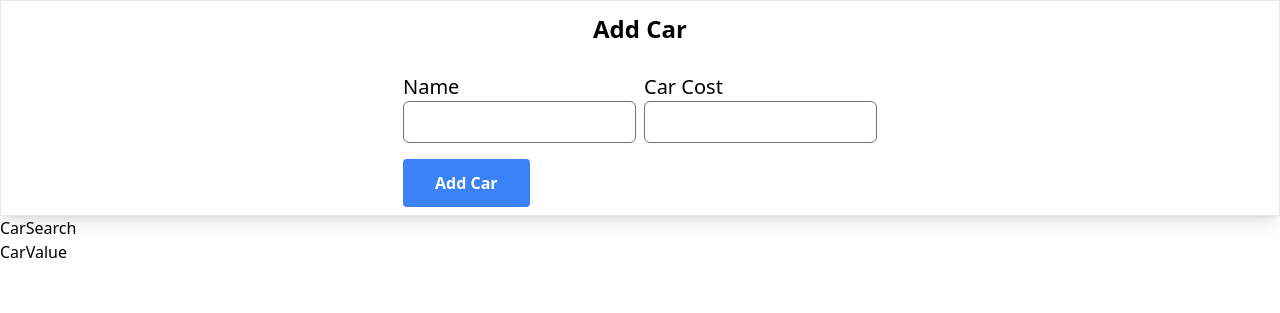
Repository: Marhamat92/carsappreduxtoolkit
Page: /
These files come from the project's save history. The page is drawn as it stood at one moment and after the next save; the edit follows.
The browser window is 1280 px wide. The pictures show the whole page.
The project was rebuilt for these pictures with package versions that can differ from the ones it lists, and the page was loaded fresh each time.

Above is the page before, as saved 2023-01-23 23:08:23.

After the next save:
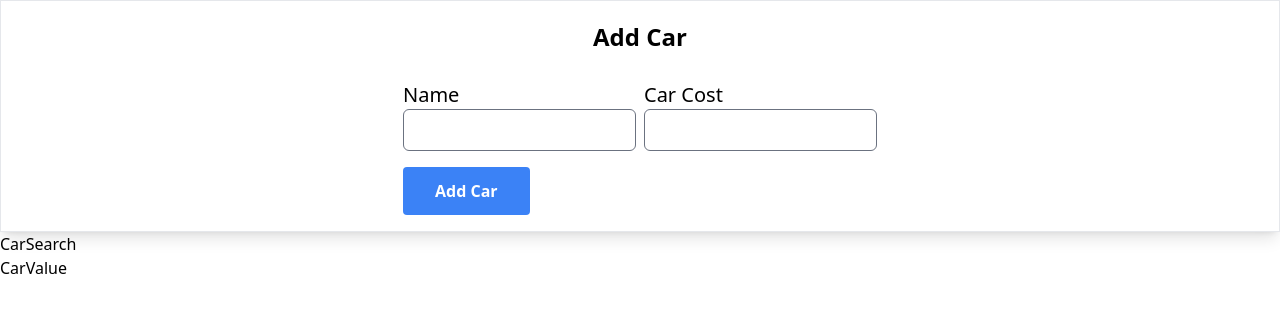
Saved 9 s later.
--- a/src/components/CarForm.js
+++ b/src/components/CarForm.js
@@ -33,7 +33,7 @@ function CarForm() {
 
 
   return (
-    <div className='flex flex-col items-center justify-center border shadow-lg py-2'>
+    <div className='flex flex-col items-center justify-center border shadow-lg py-4'>
       <h1 className='font-bold text-2xl py-1' >Add Car</h1>
       <div className='mt-6'>
         <form onSubmit={handleSubmit} className=''>
